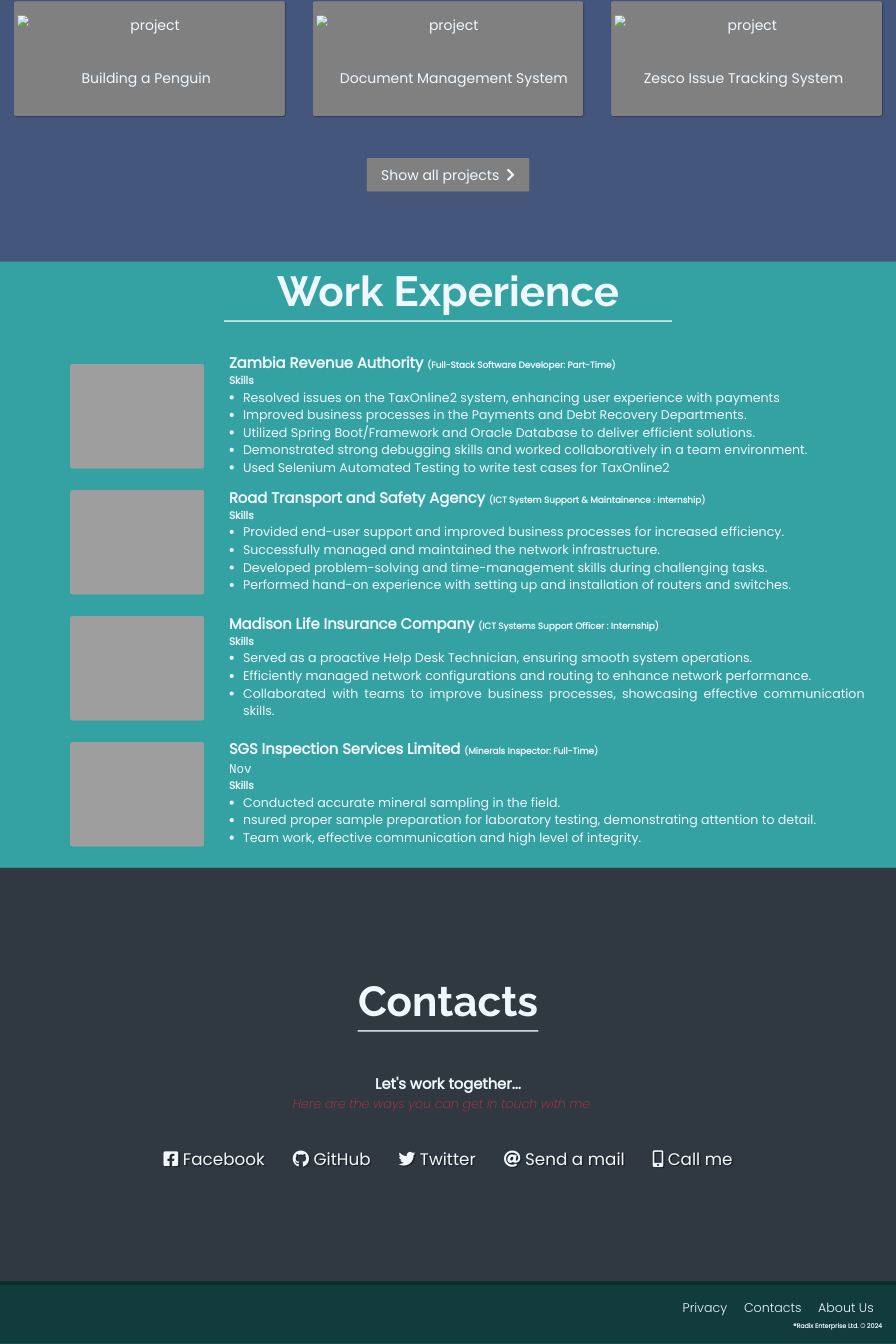
Repository: Lungdjos/personal_portifolio
Page: html/index.html
The author's editor kept a copy of each file at every save. The page is drawn from the files as they stood at one save, then again after a run of saves.
The browser window is 1280 px wide. The pictures show the part of the page from y = 1224 to 3144 px (the page is 3144 px tall), at 70% of full size.
Pictures or frames that could not be fetched are drawn as grey boxes. Some web libraries are served in a nearby version.

Above is the page before, as saved 2024-02-04 02:37:13.

After the next 3 saves:
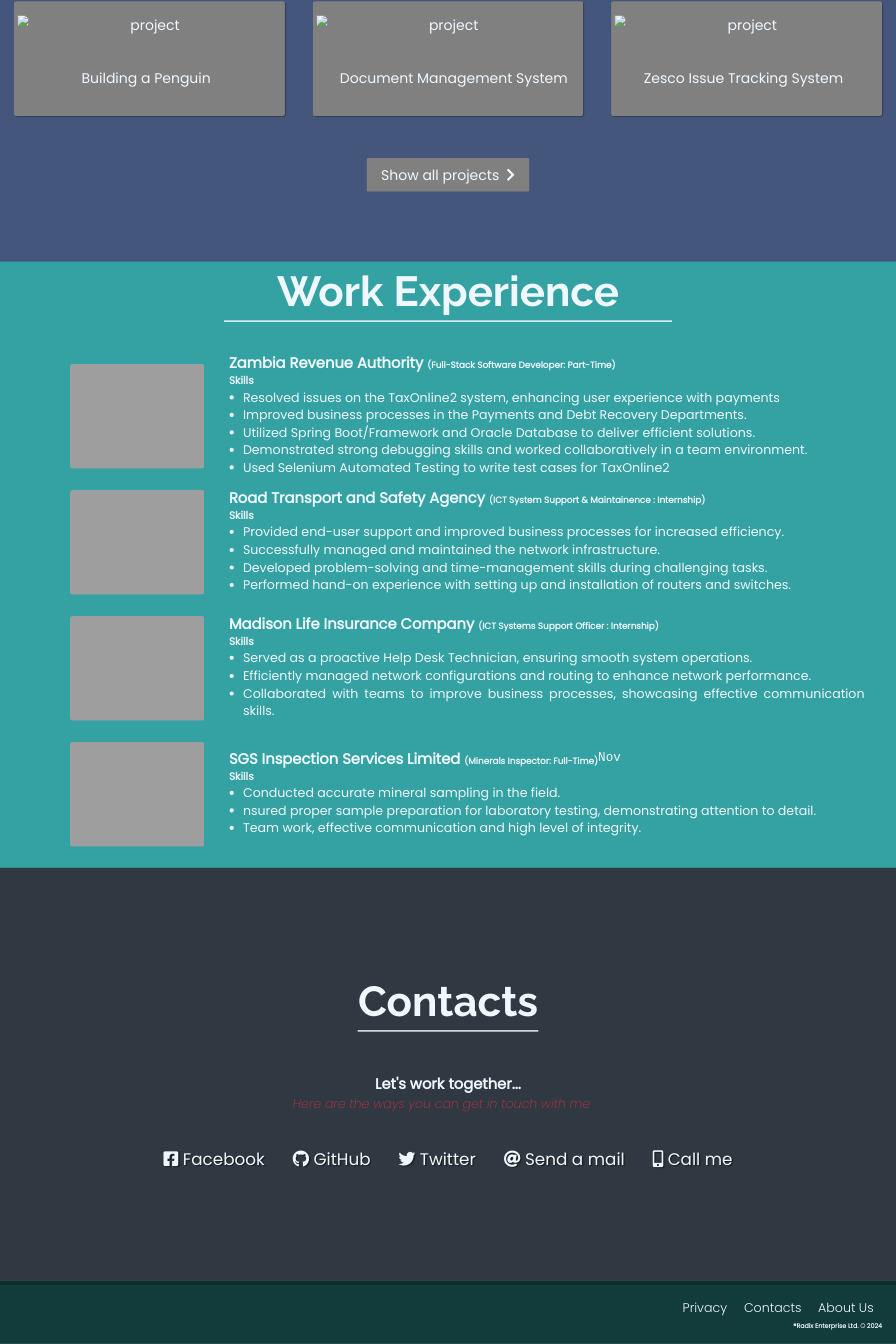
The 3 saves are shown as one change because they came seconds apart.
The last was saved 13 s later.
--- a/css/styles.css
+++ b/css/styles.css
@@ -320,7 +320,8 @@ main li {
 }
 
 .title-exp {
-    dis
+    display: flex;
+    flr
 }
 
 
